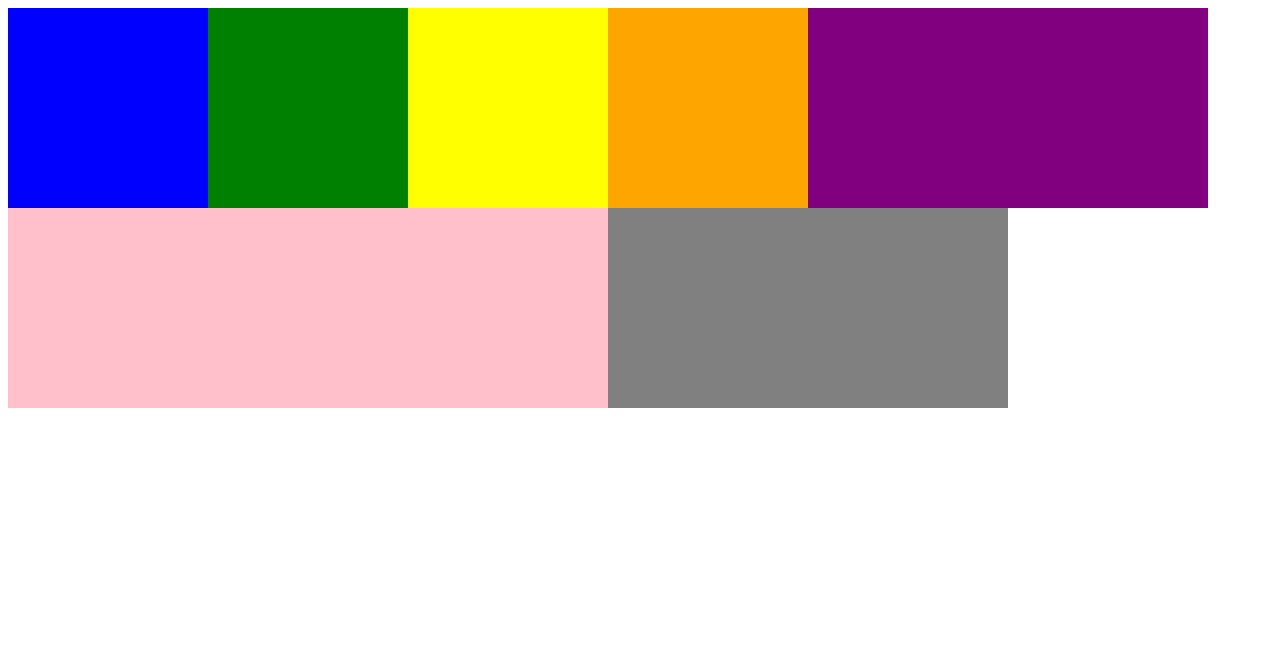
Repository: zmfhd1/Web
Page: boardtest/WebContent/float.html
These files come from the project's save history. The page is drawn as it stood at one moment and after the next save; the edit follows.
The browser window is 1280 px wide. The pictures show the whole page.

Above is the page before, as saved 2021-08-23 01:59:07.

### boardtest/WebContent/float.html
<!DOCTYPE html>
<html>
<head>
  <meta charset="UTF-8">
  <style>

.col {
  height: 200px;
}

.sample1 {
  width: 200px;
}

.sample2 {
  width: 400px;
}

.sample3 {
  width: 600px;
}


#div1 {
  float: left;
}

#div2{
  float: left;
}

#div3{
  float: left;
}
#div4{
  float: left;
}

#div5{
  float: left;
}

#div6{
  float: left;
}

#div7{
  float: left;
}

  </style>
</head>
  <body>
    <div id="div1" class="col sample1" style="background-color: blue;"></div>
    <div id="div2" class="col sample1" style="background-color: green;"></div>
    <div id="div3" class="col sample1" style="background-color: yellow;"></div>
    <div id="div4" class="col sample1" style="background-color: orange;"></div>
    <div id="div5" class="col sample2" style="background-color: purple;"></div>
    <div id="div6" class="col sample3" style="background-color: pink;"></div>
    <div id="div7" class="col sample2" style="background-color: grey;"></div>
  </body>
</html>

After the next save:
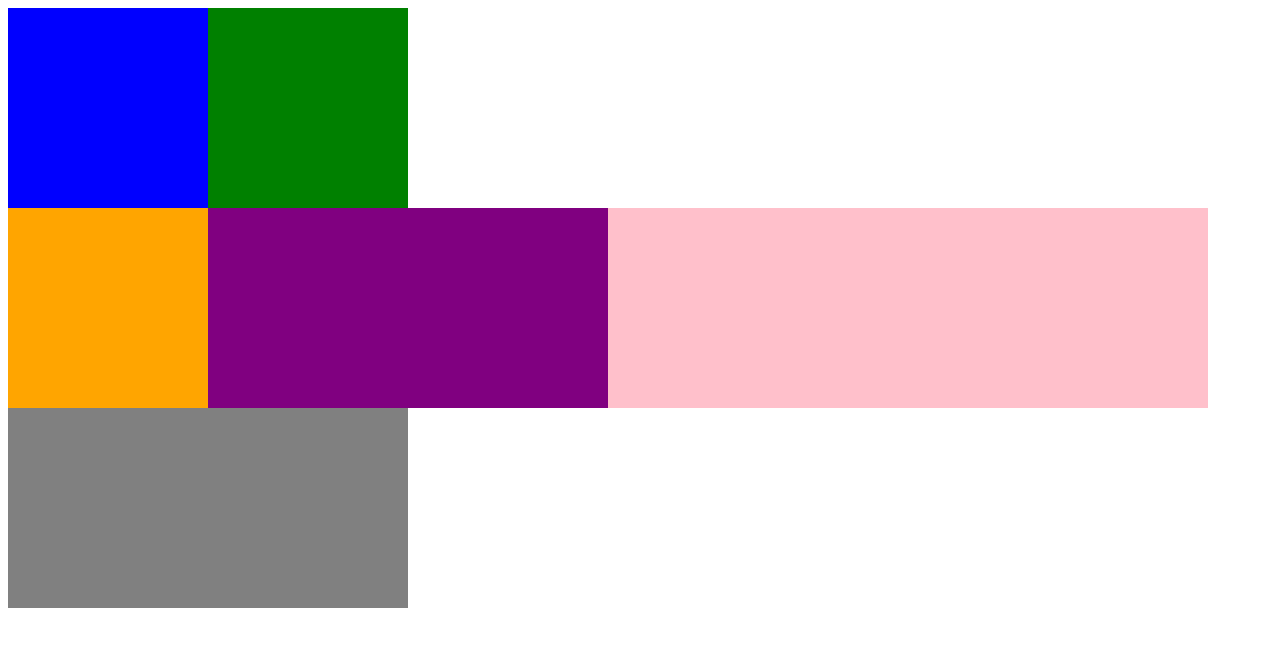
Saved 34 s later.
--- a/boardtest/WebContent/float.html
+++ b/boardtest/WebContent/float.html
@@ -29,9 +29,9 @@
   float: left;
 }
 
-#div3{
+/* #div3{
   float: left;
-}
+} */
 #div4{
   float: left;
 }
